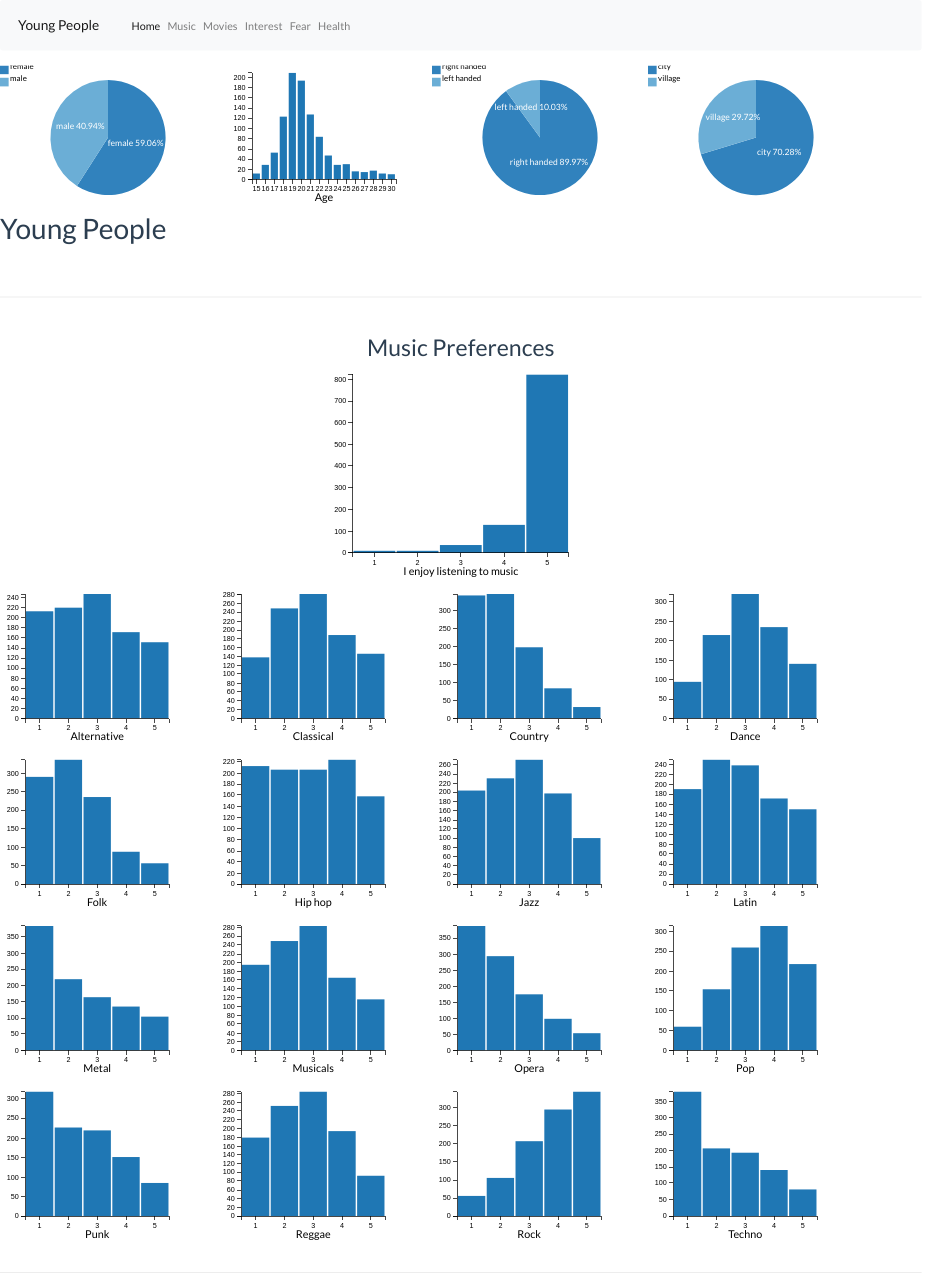
Repository: BrendanMolloy/milestone2
Page: index.html
The author's editor kept a record of every edit. The page is drawn from the files as they stood at one moment, then again after the next edit.
The browser window is 1280 px wide. The page is 1295 px wide, so the pictures cover 1295 px, including what lies to the right of the window. The pictures show the whole page, at 72% of full size.

Above is the page before.

After the next edit:
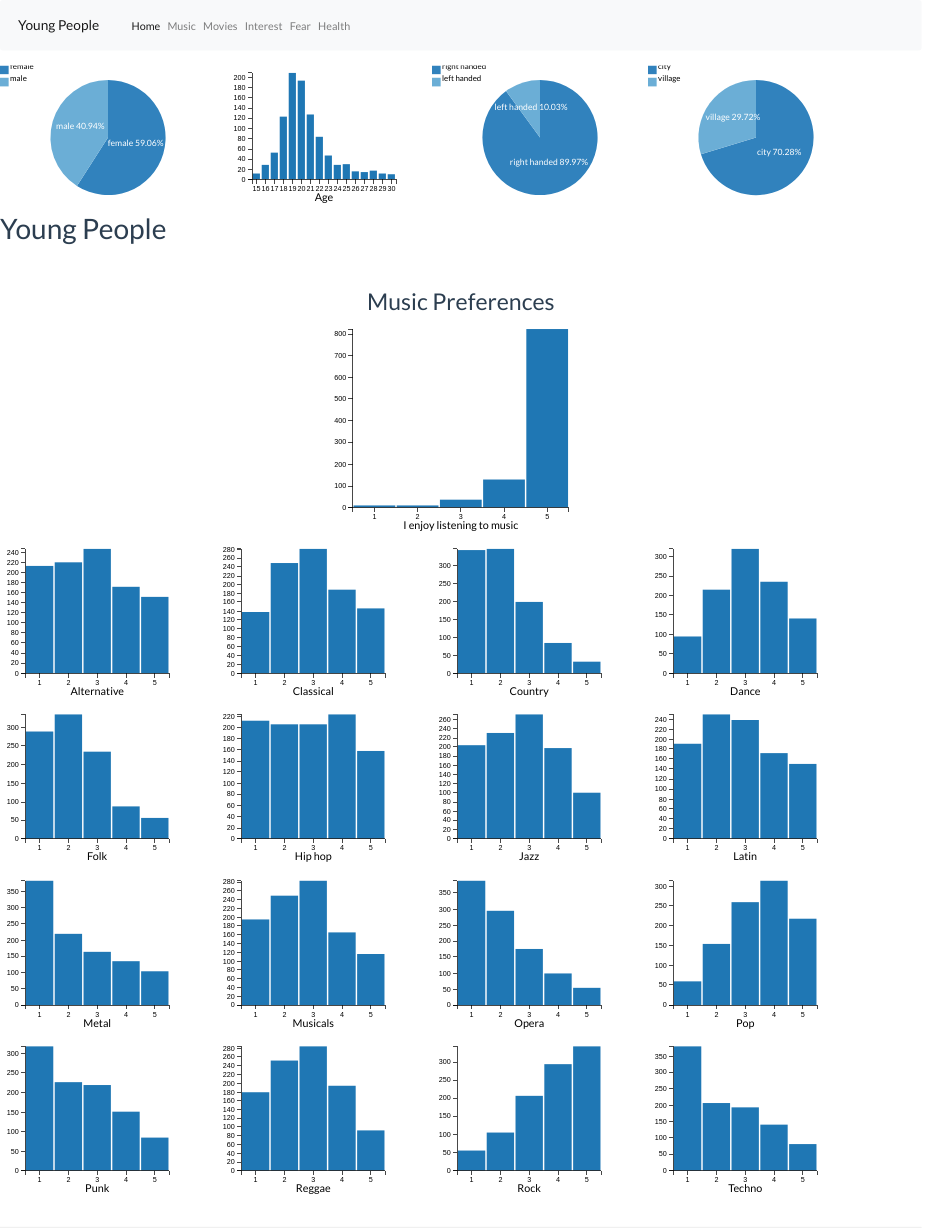
The edit:
--- a/index.html
+++ b/index.html
@@ -63,7 +63,7 @@
 
     <!-- title and filters/demographics -->
     <h1>Young People</h1>
-    <section class="section">
+    <!-- <section class="section">
         <div class="row">
             <div id="gender-balance" class="col-m-6 col-sm-6 col-lg-6"></div>
             <div id="age" class="col-m-6 col-sm-6 col-lg-6"></div>
